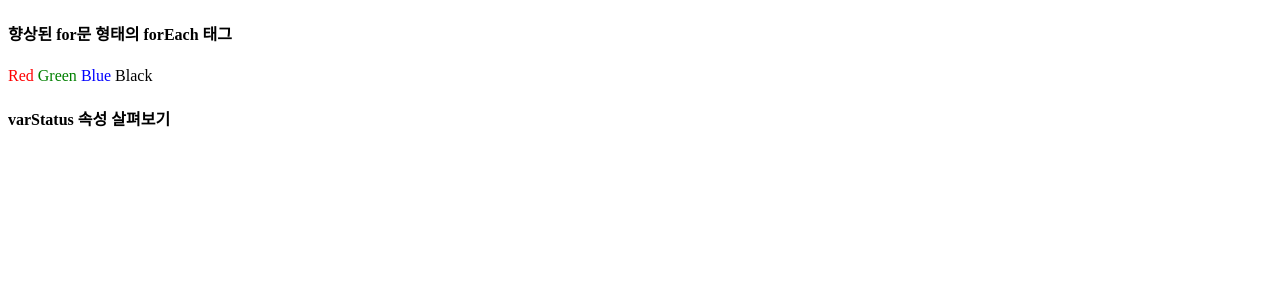
Repository: SteelIndustry/neo
Page: http://localhost/HelloWorld/11JSTL/core/ForEachExtend2.jsp
These files come from the project's save history. The page is drawn as it stood at one moment and after the next save; the edit follows.
The browser window is 1280 px wide. The pictures show the whole page.
The page is served by Tomcat 9. Other server files are loaded and not shown.

Above is the page before, as saved 2022-09-09 10:38:56.

### WebJSP/HelloWorld/WebContent/11JSTL/core/ForEachExtend2.jsp
<%@ page language="java" contentType="text/html; charset=UTF-8"
    pageEncoding="UTF-8"
    trimDirectiveWhitespaces="true"%>
<%@ taglib prefix="c" uri="http://java.sun.com/jsp/jstl/core" %>
<!DOCTYPE html>
<html>
<head>
<meta charset="UTF-8">
<title>JSTL - forEach2</title>
</head>
<body>
	<h4>향상된 for문 형태의 forEach 태그</h4>
	<%
	String[] rgba = {"Red", "Green", "Blue", "Black"};
	%>
	<c:forEach items="<%= rgba %>" var="c">
		<span style="color:${c};">${c }</span>
	</c:forEach>

	<h4>varStatus 속성 살펴보기</h4>
</body>
</html>

After the next save:
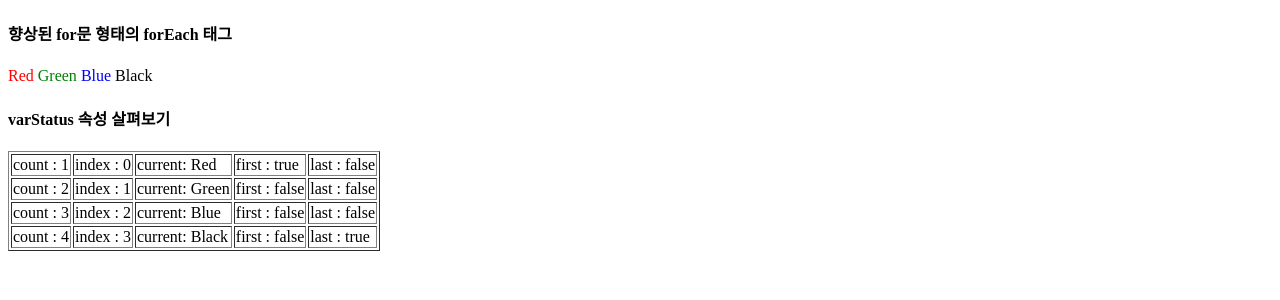
Saved 45 s later.
--- a/WebJSP/HelloWorld/WebContent/11JSTL/core/ForEachExtend2.jsp
+++ b/WebJSP/HelloWorld/WebContent/11JSTL/core/ForEachExtend2.jsp
@@ -18,5 +18,16 @@
 	</c:forEach>
 
 	<h4>varStatus 속성 살펴보기</h4>
+	<table border="1">
+	<c:forEach items="<%= rgba %>" var="c" varStatus="loop">
+		<tr>
+			<td>count : ${loop.count }</td>
+			<td>index : ${loop.index }</td>
+			<td>current: ${loop.current }</td>
+			<td>first : ${loop.first }</td>
+			<td>last : ${loop.last }</td>
+		</tr>
+	</c:forEach>
+	</table>
 </body>
 </html>
